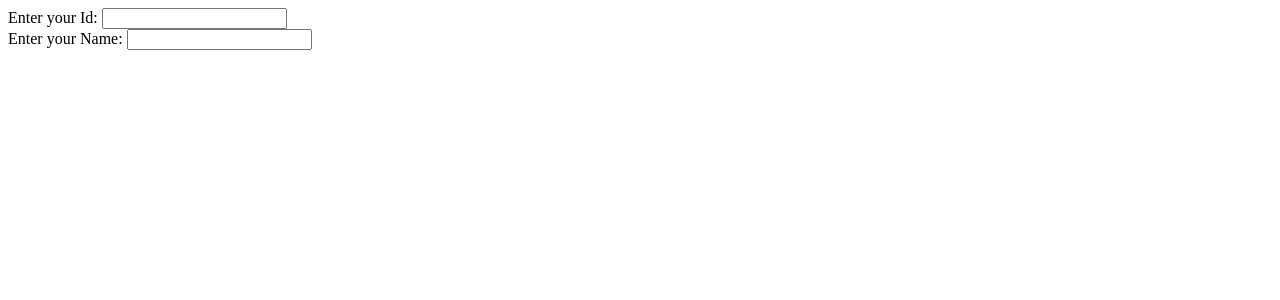
Repository: tumsare400/Adv-Java-Workspace
Page: http://localhost/bank-mvc/
These files come from the project's save history. The page is drawn as it stood at one moment and after the next save; the edit follows.
The browser window is 1280 px wide. The pictures show the whole page.
The page is served by Tomcat 9. Other server files are loaded and not shown.

Above is the page before, as saved 2019-04-12 10:05:22.

### SpringMVC/bank-mvc/WebContent/index.jsp
<%@ page language="java" contentType="text/html; charset=ISO-8859-1"
    pageEncoding="ISO-8859-1"%>
<!DOCTYPE html>
<html>
<head>
<meta charset="ISO-8859-1">
<title>Insert title here</title>
</head>
<body>
   <form action="" method="post">
       Enter your Id: <input type="number" name="personId"> <br/>
       Enter your Name: <input type="text" name="personName"> <br/>

    </form>
</body>
</html>

After the next save:
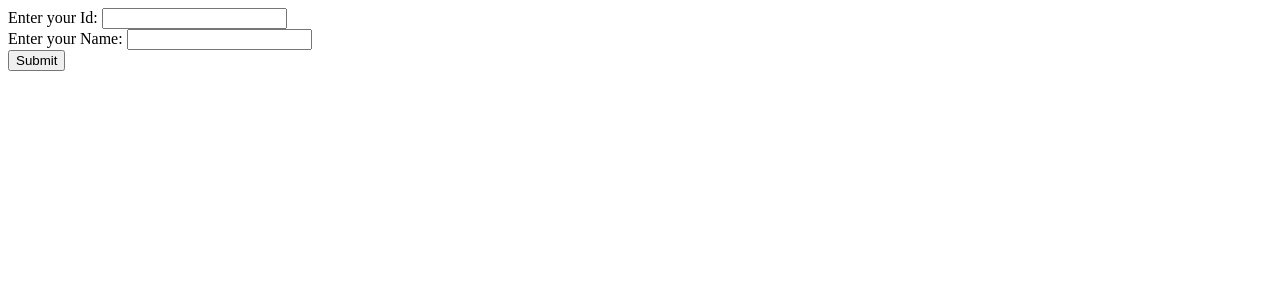
Saved 80 s later.
--- a/SpringMVC/bank-mvc/WebContent/index.jsp
+++ b/SpringMVC/bank-mvc/WebContent/index.jsp
@@ -7,10 +7,10 @@
 <title>Insert title here</title>
 </head>
 <body>
-   <form action="" method="post">
+   <form action="PersonSpringMVC/app/person/new" method="post">
        Enter your Id: <input type="number" name="personId"> <br/>
        Enter your Name: <input type="text" name="personName"> <br/>
-
+       <input type="submit" valur="save">
     </form>
 </body>
 </html>
